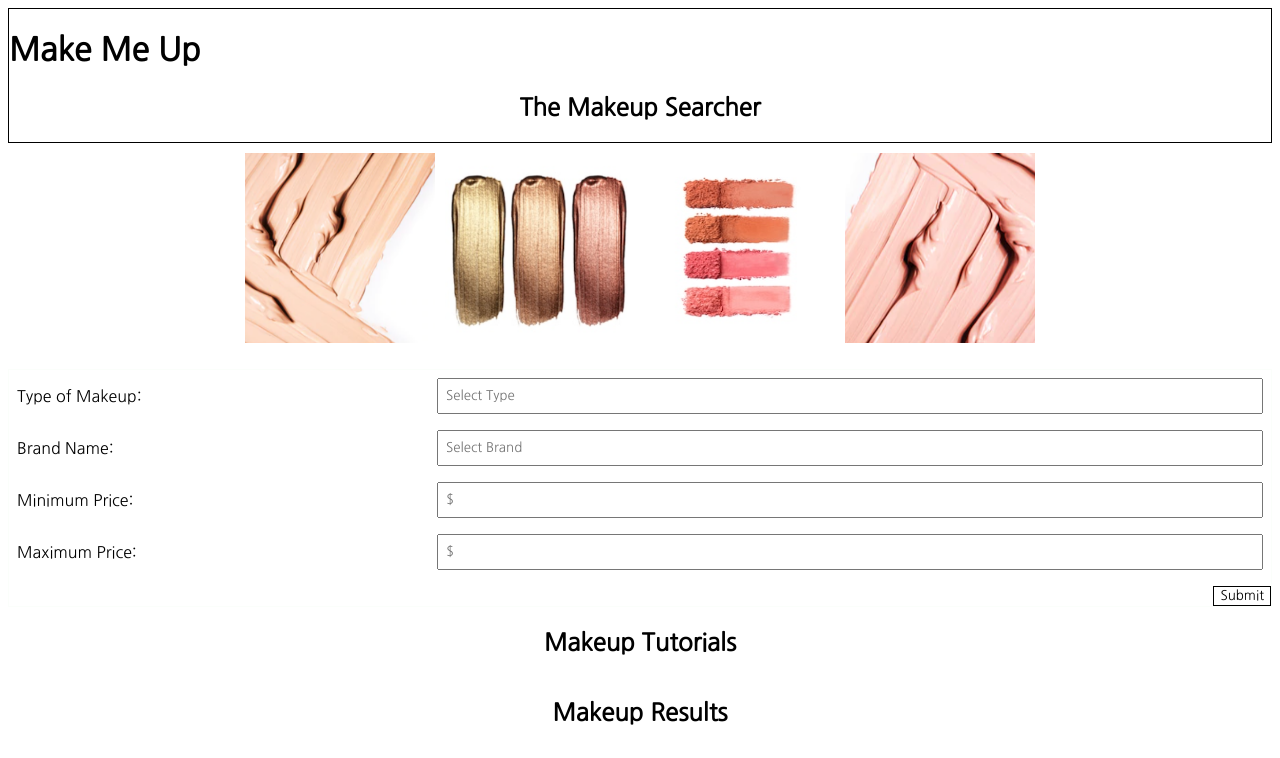
Repository: kaitlynMidori/MakeMeUp
Page: index.html
An editor plug-in stored every save of this project. The page is shown before and after the next save, followed by the edit.
The browser window is 1280 px wide. The pictures show the whole page.

Above is the page before, as saved 2020-12-10 17:23:13.

After the next save:
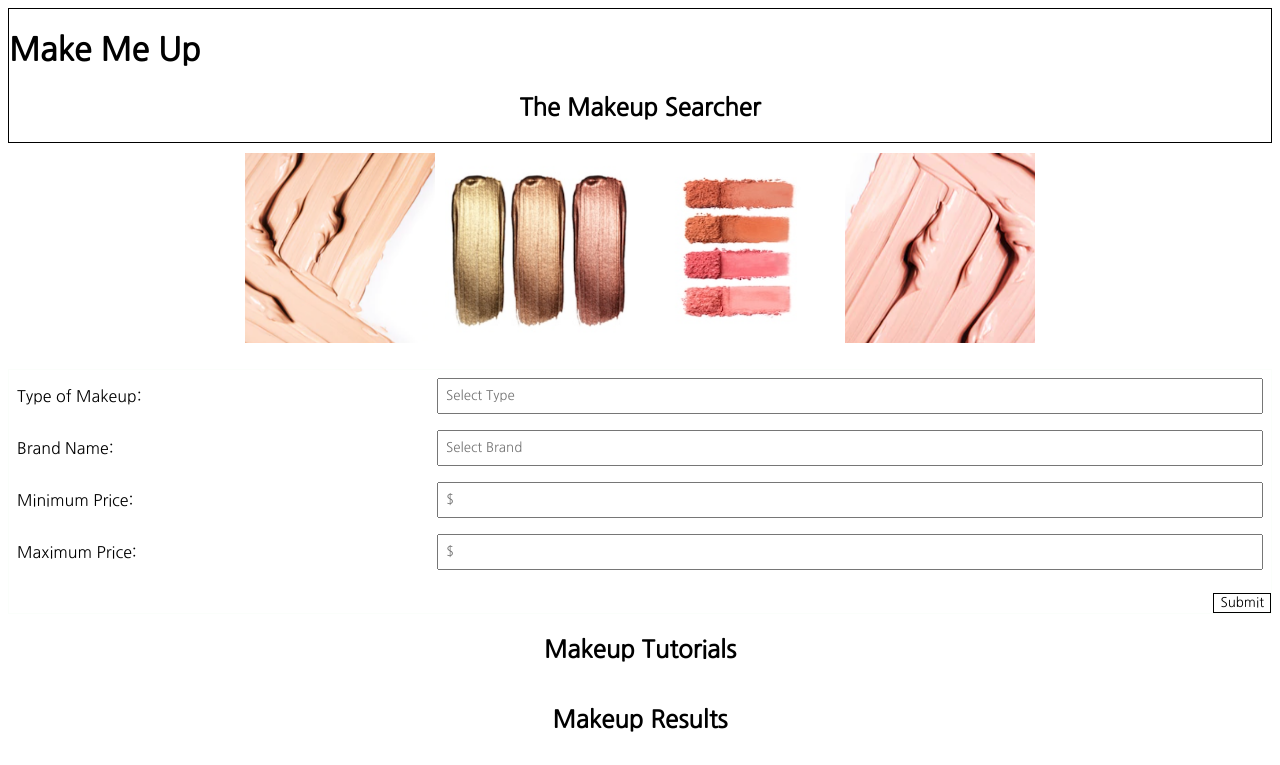
Saved 10 s later.
--- a/style.css
+++ b/style.css
@@ -70,7 +70,7 @@ body {
 .button {
     display: flex;
     justify-content: flex-end;
-    margin-top: 8px;
+    margin-top: 15px;
 }
 
 #submit-btn {
